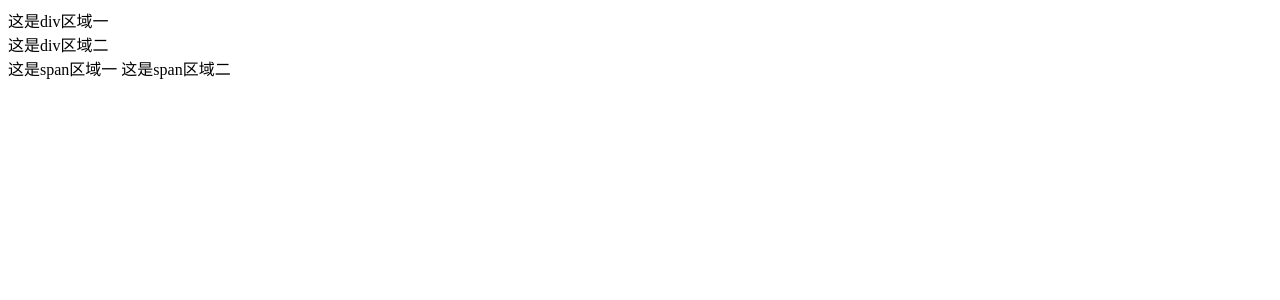
Repository: tangchengjingwen/javaLearningCode
Page: javaLearningCode/day30_html/div_span_p.html
The author's editor kept a copy of each file at every save. The page is drawn from the files as they stood at one save, then again after the next save.
The browser window is 1280 px wide. The pictures show the whole page.

Above is the page before, as saved 2012-05-14 01:55:09.

After the next save:
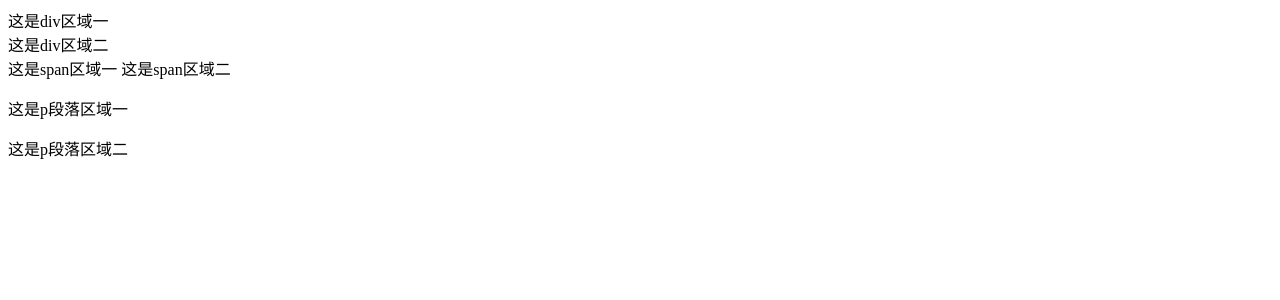
Saved 67 s later.
--- a/javaLearningCode/day30_html/div_span_p.html
+++ b/javaLearningCode/day30_html/div_span_p.html
@@ -14,5 +14,8 @@
 		<div>这是div区域二</div>
 		<span>这是span区域一</span>
 		<span>这是span区域二</span>
+
+		<p>这是p段落区域一</p>
+		<p>这是p段落区域二</p>
 	</body>
 </html>
